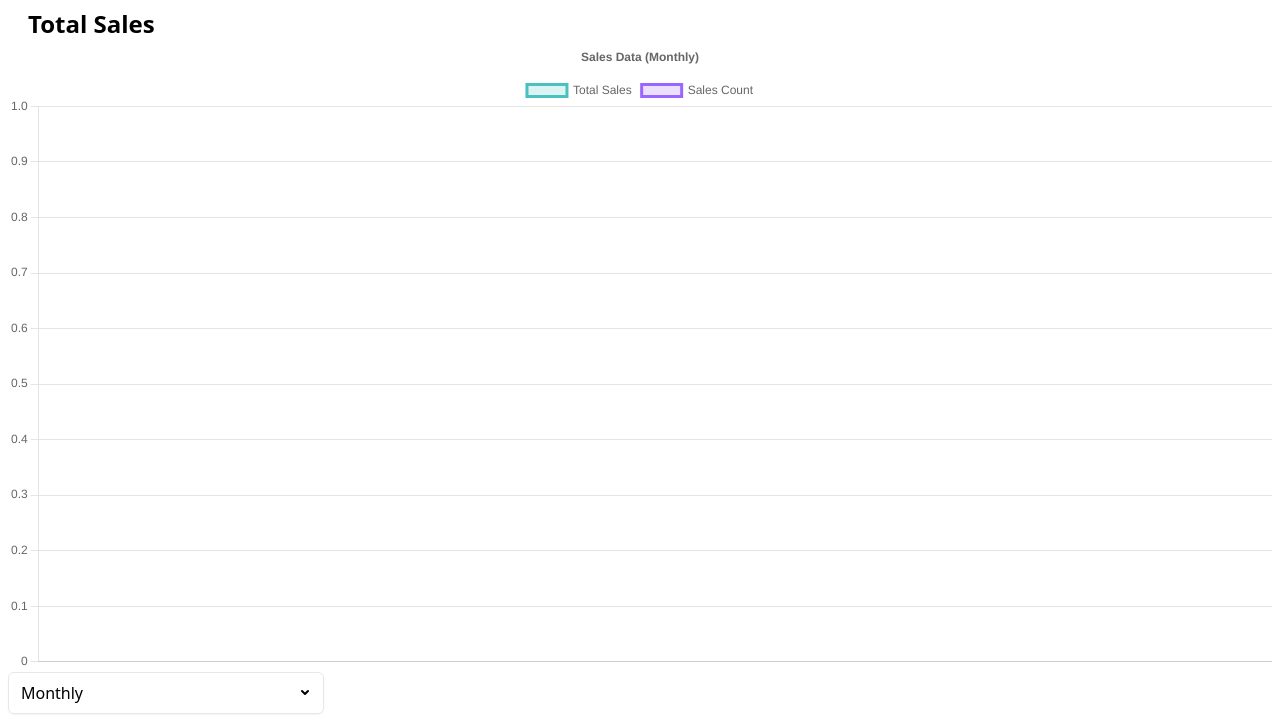
Repository: Qu4ntumGuy/visualize-it
Page: / (app in frontend/)
An editor plug-in stored every save of this project. The page is shown before and after the next save, followed by the edit.
The browser window is 1280 px wide. The pictures show the whole page.
The page's requests for data from a server got no answer. The project was rebuilt for these pictures with package versions that can differ from the ones it lists, and the page was loaded fresh each time. No one was signed in, and anything a server would have sent is missing.

Above is the page before, as saved 2024-08-19 15:07:35.

### frontend/src/App.js
import axios from "axios";
import TotalSales from "./Components/TotalSales";
import { useEffect, useState } from "react";
import Dropdown from "./Components/Dropdown";

function App() {
  const [data, setData] = useState([]);
  const [dataType, setDataType] = useState("monthly");
  const [inputType, setInputType] = useState("monthlyTotalSales");

  const handleSelect = (option) => {
    setInputType(option);
  };

  const fetchSalesData = async () => {
    try {
      const response = await axios.get(
        `http://localhost:8000/api/${inputType}`
      );
      // console.log(response.data.data);
      setData(response.data.data);
    } catch (error) {
      console.error(error);
    }
  };

  useEffect(() => {
    fetchSalesData();
  }, [inputType]);

  return (
    <div className="h-screen overflow-hidden">
      <div className="h-screen overflow-y-auto p-2 max-w-7xl mx-auto">
        <div className=" text-2xl font-semibold ml-5">Total Sales</div>
        <TotalSales dataType={dataType} fetchedData={data} />
        <div className=" w-1/4">
          <Dropdown
            options={[
              { value: "monthlyTotalSales", label: "Monthly" },
              { value: "dailyTotalSales", label: "Daily" },
              { value: "quarterlyTotalSales", label: "Quarterly" },
              { value: "yearlyTotalSales", label: "Yearly" },
            ]}
            onSelect={handleSelect}
          />
        </div>
      </div>
    </div>
  );
}

export default App;

### frontend/src/Components/TotalSales.js
import React from "react";
import { Line } from "react-chartjs-2";
import {
  Chart as ChartJS,
  CategoryScale,
  LinearScale,
  PointElement,
  LineElement,
  Title,
  Tooltip,
  Legend,
} from "chart.js";

// Register the necessary components with Chart.js
ChartJS.register(
  CategoryScale,
  LinearScale,
  PointElement,
  LineElement,
  Title,
  Tooltip,
  Legend
);

const TotalSales = ({ dataType, fetchedData }) => {
  console.log(dataType, fetchedData);
  const salesData = fetchedData;
  const labels = salesData.map((item) =>
    dataType === "monthly"
      ? `${item._id.month}/${item._id.year}`
      : `${item._id.quarter}/${item._id.year}`
  );

  const data = {
    labels,
    datasets: [
      {
        label: "Total Sales",
        data: salesData.map((item) => item.totalSales),
        borderColor: "rgba(75, 192, 192, 1)",
        backgroundColor: "rgba(75, 192, 192, 0.2)",
        fill: true,
        tension: 0.3,
      },
      {
        label: "Sales Count",
        data: salesData.map((item) => item.count),
        borderColor: "rgba(153, 102, 255, 1)",
        backgroundColor: "rgba(153, 102, 255, 0.2)",
        fill: true,
        tension: 0.3,
      },
    ],
  };

  const options = {
    responsive: true,
    plugins: {
      legend: {
        position: "top",
      },
      title: {
        display: true,
        text: `Sales Data (${
          dataType.charAt(0).toUpperCase() + dataType.slice(1)
        })`,
      },
    },
    scales: {
      y: {
        beginAtZero: true,
      },
    },
  };

  return <Line data={data} options={options} />;
};

export default TotalSales;

### frontend/src/Components/Dropdown.js
import React, { useState, useEffect, useRef } from "react";

const Dropdown = ({ options, onSelect }) => {
  const [isOpen, setIsOpen] = useState(false);
  const [selectedOption, setSelectedOption] = useState(options[0] || null);
  const dropdownRef = useRef(null);

  const handleSelectOption = (option) => {
    setSelectedOption(option);
    onSelect(option.value);
    setIsOpen(false);
  };

  const handleClickOutside = (event) => {
    if (dropdownRef.current && !dropdownRef.current.contains(event.target)) {
      setIsOpen(false);
    }
  };

  useEffect(() => {
    document.addEventListener("click", handleClickOutside, true);
    return () => {
      document.removeEventListener("click", handleClickOutside, true);
    };
  }, []);

  return (
    <div ref={dropdownRef} className="relative h-full">
      <button
        onClick={() => setIsOpen(!isOpen)}
        className={`inline-flex w-full justify-between border h-full items-center p-2 px-3 rounded-md shadow-sm  focus:outline-none `}
      >
        {selectedOption ? selectedOption.label : "Select an option"}
        <svg
          className="-mr-1 ml-2 h-5 w-5"
          xmlns="http://www.w3.org/2000/svg"
          viewBox="0 0 20 20"
          fill="currentColor"
          aria-hidden="true"
        >
          <path
            fillRule="evenodd"
            d="M6.293 7.293a1 1 0 011.414 0L10 9.586l2.293-2.293a1 1 0 111.414 1.414l-3 3a1 1 0 01-1.414 0l-3-3a1 1 0 010-1.414z"
            clipRule="evenodd"
          />
        </svg>
      </button>

      {isOpen && (
        <div
          className={`bg-gray-300 text-black origin-top-right absolute right-0 mt-2 w-full rounded-md shadow-lg focus:outline-none z-10`}
        >
          <div
            className=""
            role="menu"
            aria-orientation="vertical"
            aria-labelledby="options-menu"
          >
            {options.map((option) => (
              <button
                key={option.value}
                onClick={() => handleSelectOption(option)}
                className={`block w-full text-left px-4 py-2 h-11 hover:bg-gray-200 focus:outline-none`}
                role="menuitem"
              >
                {option.label}
              </button>
            ))}
          </div>
        </div>
      )}
    </div>
  );
};

export default Dropdown;

Loaded but not shown: frontend/public/index.html (common file); frontend/src/index.js (common file); frontend/src/index.css (common file); frontend/src/reportWebVitals.js (common file); frontend/tailwind.config.js (common file)

After the next save:
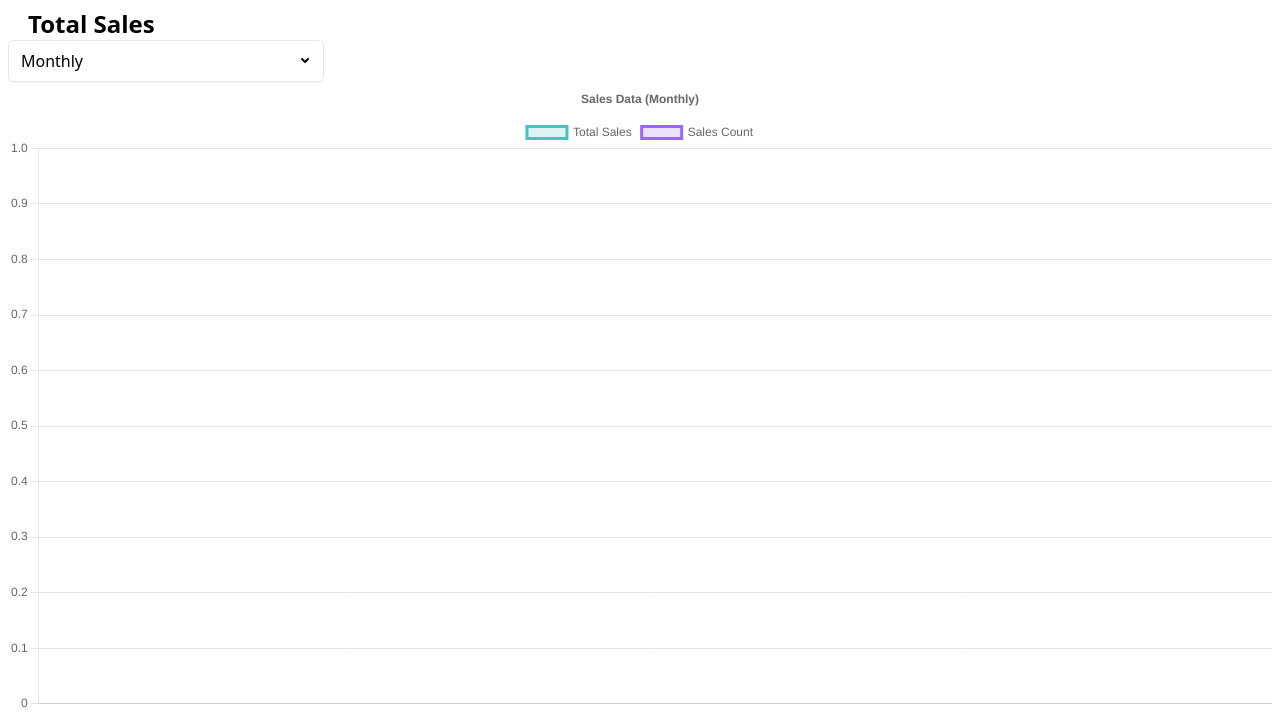
Saved 17 s later.
--- a/frontend/src/App.js
+++ b/frontend/src/App.js
@@ -32,7 +32,6 @@ function App() {
     <div className="h-screen overflow-hidden">
       <div className="h-screen overflow-y-auto p-2 max-w-7xl mx-auto">
         <div className=" text-2xl font-semibold ml-5">Total Sales</div>
-        <TotalSales dataType={dataType} fetchedData={data} />
         <div className=" w-1/4">
           <Dropdown
             options={[
@@ -44,6 +43,7 @@ function App() {
             onSelect={handleSelect}
           />
         </div>
+        <TotalSales dataType={dataType} fetchedData={data} />
       </div>
     </div>
   );
